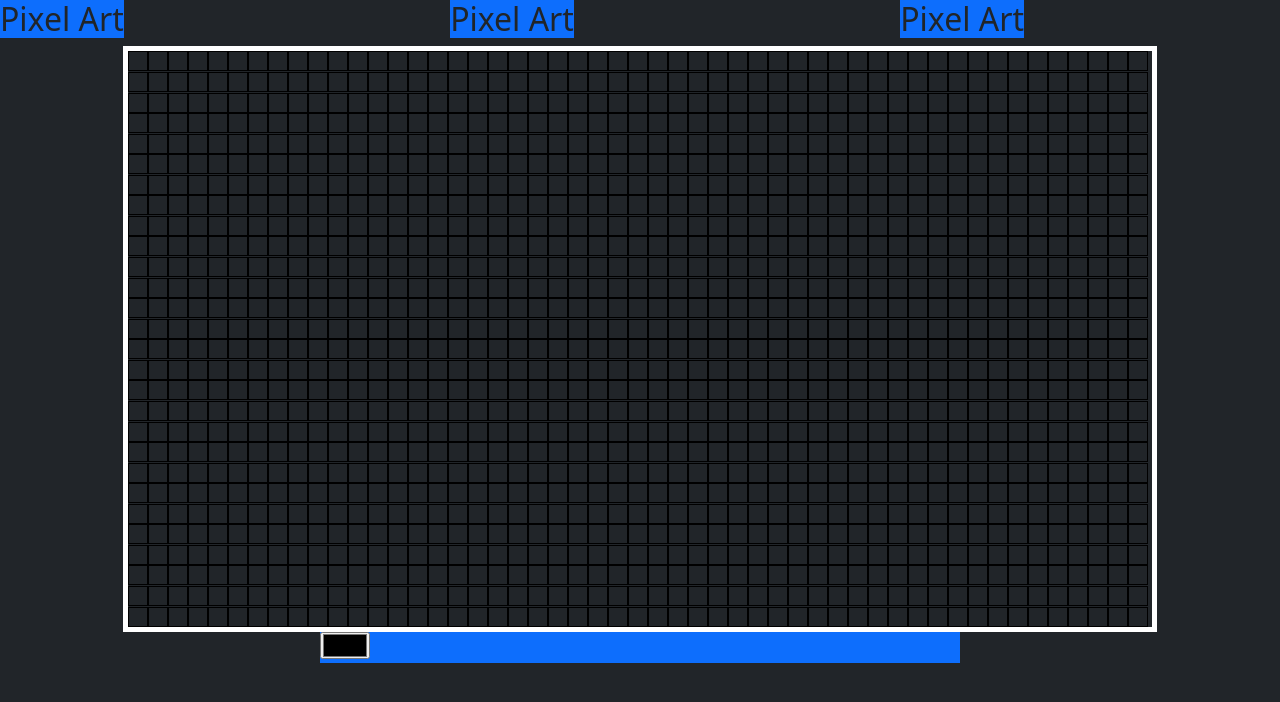
Repository: bechara611/pixelartdb
Page: /
These files come from the project's save history. The page is drawn as it stood at one moment and after the next save; the edit follows.
The browser window is 1280 px wide. The pictures show the whole page.
The project was rebuilt for these pictures with package versions that can differ from the ones it lists, and the page was loaded fresh each time. Also part of the build but not shown: vite.config.js.

Above is the page before, as saved 2023-03-07 11:50:29.

### src/main.jsx
import React from 'react'
import ReactDOM from 'react-dom/client'
import App from './App'
import 'bootstrap/dist/css/bootstrap.min.css'
import 'bootstrap/dist/js/bootstrap.bundle.js'

ReactDOM.createRoot(document.getElementById('root')).render(

    <App />

)

### src/App.jsx

import { useEffect, useState } from 'react'
import './App.css'
import { SelectableGroup } from 'react-selectable-fast'
import { Pixel } from './Pixel'

const App = () => {
  const [pixels, setPixels] = useState([])
  const [isSelecting, setIsSelecting] = useState(false)
  const [startIndex, setStartIndex] = useState(null)
  const [colorActual, setcolorActual] = useState('transparent')

  useEffect(() => {
    let contenedor = document.getElementById('contenedor')
    let divsAloAlto = Math.floor(contenedor.offsetHeight / 20)
    let divsAlOancho = Math.floor(contenedor.offsetWidth / 20);
    //para saber cuantos divs necesita un contenedor multiplica el numero de divs a lo alto * el numero de divds a lo ancho
    setPixels(Array.from({ length: divsAloAlto * divsAlOancho }, () => { return { active: false, color: colorActual } }))

  }, [])

  const funcionArray = (index) => {
    let nuevoArray = [...pixels]
    nuevoArray[index] = { active: true, color: colorActual }
    setPixels(nuevoArray)
  }

  useEffect(() => {
    //console.log({ pixels })
  }, [pixels])

  const onMouseDown = (index) => {
    setIsSelecting(true);
    setStartIndex(index)
    // console.log('onMouseDown')
  }


  const onMouseOver2 = (index) => {
    if (isSelecting) {
      const pixelsupdated = [...pixels]
      pixelsupdated[index] = { ...pixelsupdated[index], active: true, color: colorActual }

      setPixels(pixelsupdated)

    }
    // console.log('onMouseOver')
  }
  const onMouseUp2 = (index) => {
    setIsSelecting(false)

  }
  return (
    <>
      <div className="bg-dark fondo">
      <div className="col-12">
        <div className="contenedor-mayor2 header">
        <h2 className='bg-primary'>Pixel Art</h2>
          <h2 className='bg-primary'>Pixel Art</h2>
          <h2 className='bg-primary'>Pixel Art</h2>
        </div>
        </div>
        <div className="contenedor-mayor ">
          <div className="contorno">
            <div className="contenedor " id='contenedor'>

              {

                pixels.map((a, index) => {
                  return <Pixel key={index}
                    color={a.color}
                    active={a.active}
                    funcion={() => funcionArray(index)}
                    onMouseDown={() => { onMouseDown(index) }}
                    onMouseUp={() => { onMouseUp2(index) }}
                    onMouseOver={() => { onMouseOver2(index) }}
                  ></Pixel>
                })

              }

            </div>
          </div>
        </div>
        <div className="col-12 contenedor-mayor">
          <div className="col-6 bg-primary">
            <input type="color" onChange={(e) => { setcolorActual(e.target.value) }} />
          </div>
        </div>
      </div>
    </>
  )
}

export default App

### src/App.css
.fondo{
  height: 100vh;

}

.contorno{
  border: 5px solid white;
}

.contenedor-mayor{
  display: flex;
  flex-direction: row;
  justify-content: center;
  justify-self: center;
  align-items: center;

}
.contenedor-mayor2{
  width: 80vw;
  align-self: center;
  display: flex;
  flex-direction: row;
  justify-content: space-between;


}

.pixel {
  width: 20px;
  height: 20px;
  border: 1px solid rgb(0, 0, 0);

  box-sizing: border-box;

}

.active {
background: transparent;
}

.contenedor {

  display: flex;
  flex-direction: row;
  flex-wrap: wrap;
  width: 80vw;
  height: 80vh;
  max-width: 80vw;
  max-height: 80vh;



}

### src/Pixel.jsx
import React, { useState } from 'react'
import './App.css'
import {selectableGroup, createSelectable} from 'react-selectable-fast'
export const Pixel = (props) => {
    const [isActive, setisActive] = useState(false)
  return (

 <div className={`pixel ${props.active ? 'active' : ''}`} style={{ background:props.active ? props.color : ''}}
 onClick={()=>{
    setisActive(!isActive)
    props.funcion();
}}
onMouseDown={()=>{props.onMouseDown()}}
onMouseUp={()=>{props.onMouseUp()}}
onTouchEnd={()=>{props.onMouseUp()}}
onMouseOver={()=>{props.onMouseOver()}}
onTouchStart={()=>{{
    props.onMouseDown()
    props.onMouseOver()}}}
 >

 </div>
  )
}

Loaded but not shown: index.html (common file)

After the next save:
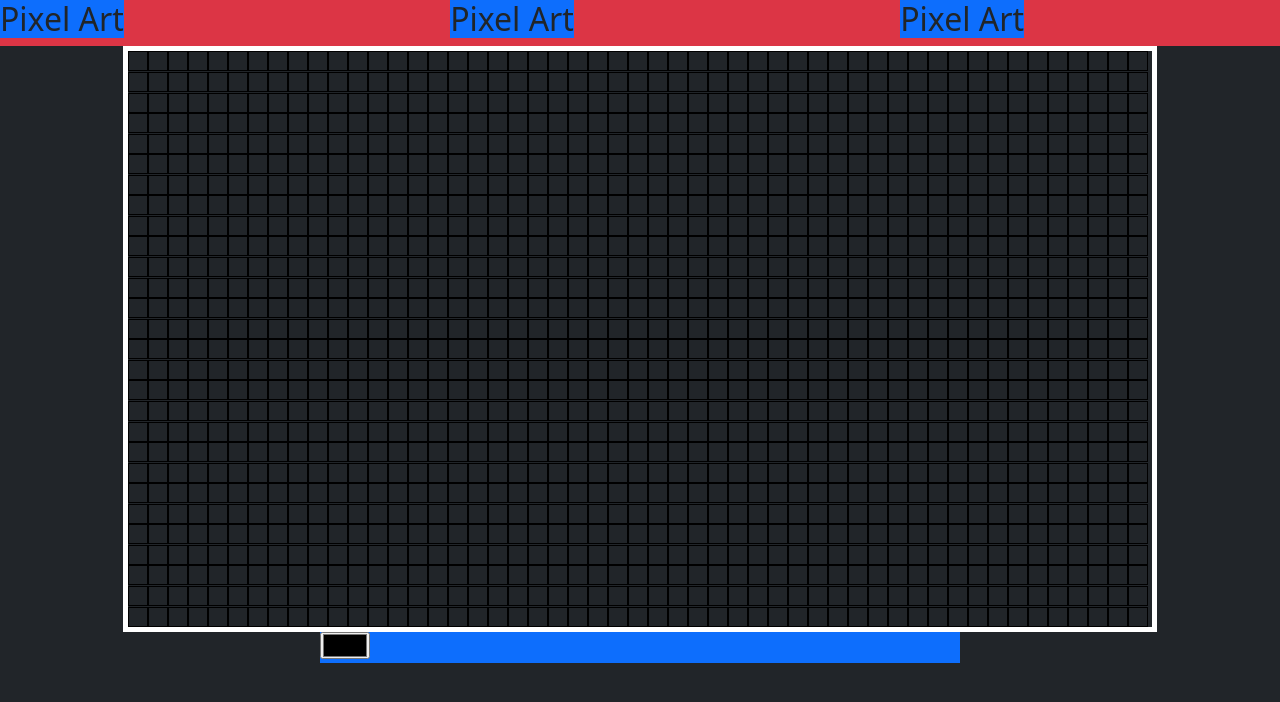
Saved 8 s later.
--- a/src/App.jsx
+++ b/src/App.jsx
@@ -53,7 +53,7 @@ const App = () => {
   return (
     <>
       <div className="bg-dark fondo">
-      <div className="col-12">
+      <div className="col-12 bg-danger">
         <div className="contenedor-mayor2 header">
         <h2 className='bg-primary'>Pixel Art</h2>
           <h2 className='bg-primary'>Pixel Art</h2>
